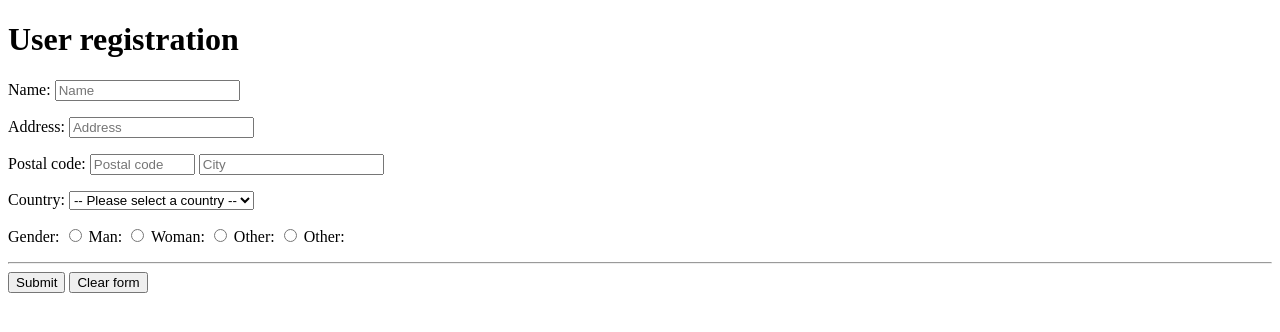
Repository: Filip-Husic/AW_frontend
Page: ex3Forms.html
These files come from the project's save history. The page is drawn as it stood at one moment and after the next save; the edit follows.
The browser window is 1280 px wide. The pictures show the whole page.

Above is the page before, as saved 2022-11-23 11:46:34.

After the next save:
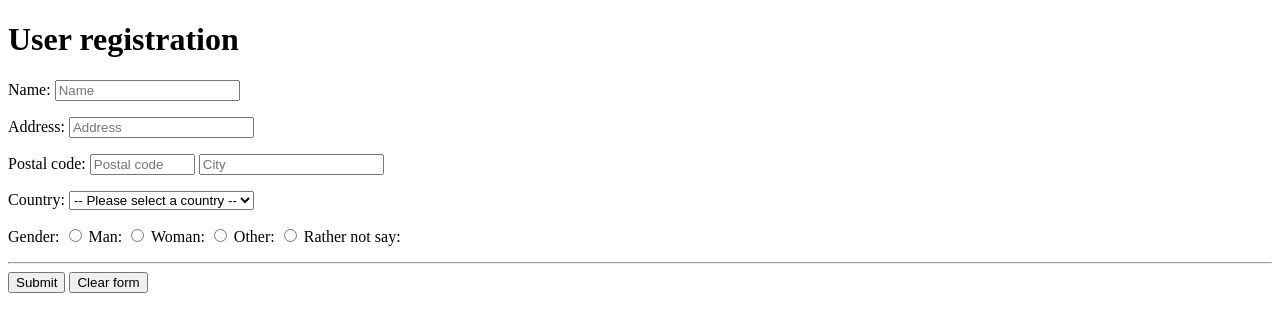
Saved 41 s later.
--- a/ex3Forms.html
+++ b/ex3Forms.html
@@ -43,7 +43,7 @@
             <input type="radio" name="gender" id="other">
             <label for="other">Other:</label>
             <input type="radio" name="gender" id="none">
-            <label for="none">Other:</label>
+            <label for="none">Rather not say:</label>
         </p>
         <hr>
         <button type="submit">Submit</button>
